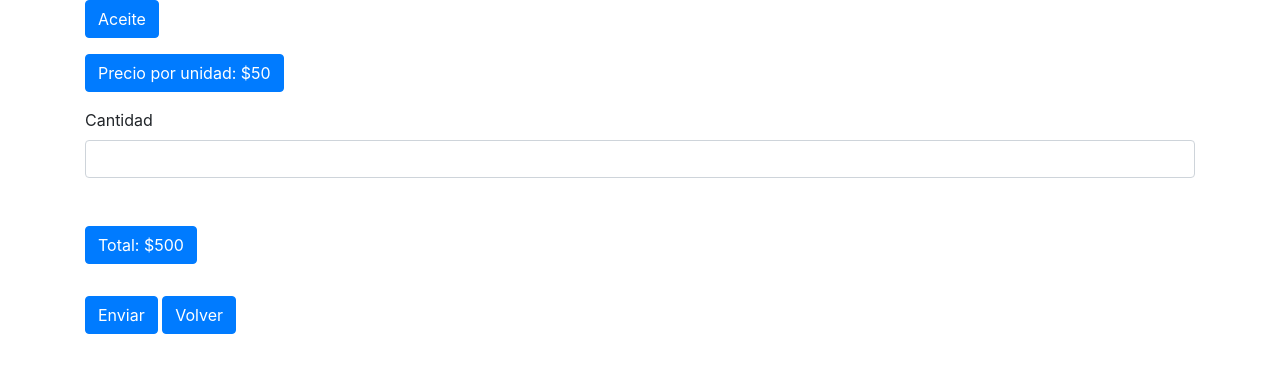
Repository: Alemartinez97/New-Repository
Page: programacion-3/tp4/carrito/detalleCompra/producto.html
These files come from the project's save history. The page is drawn as it stood at one moment and after the next save; the edit follows.
The browser window is 1280 px wide. The pictures show the whole page.

Above is the page before, as saved 2020-06-18 17:17:18.

### programacion-3/tp4/carrito/detalleCompra/producto.html
<!DOCTYPE html>
<html lang="en">
<head>
    <meta charset="UTF-8">
    <meta name="viewport" content="width=device-width, initial-scale=1.0">
    <title>Bienvenido</title>
    <link rel="stylesheet" href="https://stackpath.bootstrapcdn.com/bootstrap/4.5.0/css/bootstrap.min.css" integrity="sha384-9aIt2nRpC12Uk9gS9baDl411NQApFmC26EwAOH8WgZl5MYYxFfc+NcPb1dKGj7Sk" crossorigin="anonymous">
</head>
<body>
    <div class="container">
        <form class="form-group">
            <p class="btn btn-primary">Aceite</p>
        </br>
        <p class="btn btn-primary">Precio por unidad: $50</p>
        </br>
            <label for="">Cantidad</label>
            <input type="number" id="marca" class="form-control"  aria-describedby="emailHelp" required><br>
        </br>
        <p class="btn btn-primary">Total: $500</p>
    </br>
        </form>

        <button onclick="enviarDatos()" class="btn btn-primary">Enviar</button>
        <a href="../producto.html" class="btn btn-primary">Volver</a>
        <h3 id="resultado"></h3>
        <script src="../../js/producto.js"></script>
    </div>
</body>
</html>

### programacion-3/tp4/js/producto.js
function enviarDatos() {


    let codigo = document.getElementById("codigo").value;
    let nombre = document.getElementById("nombre").value;
    let marca = document.getElementById("marca").value;
    let precio = document.getElementById("precio").value;

    let request = { codigo: codigo, nombre: nombre, marca: marca, precio: precio};

        document.getElementById("resultado").innerHTML = JSON.stringify(request);
        console.log("Detalle del Producto: ",request);
        setTimeout(function() {
            debugger
            alert("Enviado");
            document.getElementById("resultado").innerHTML = JSON.stringify(request) + "... Enviada exitosamente";
        }, 3000);
    }

After the next save:
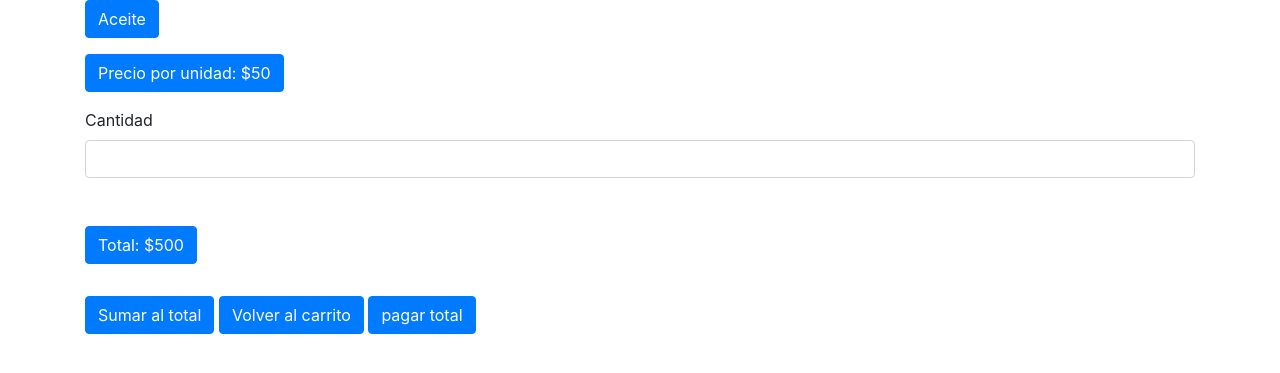
Saved 61 s later.
--- a/programacion-3/tp4/carrito/detalleCompra/producto.html
+++ b/programacion-3/tp4/carrito/detalleCompra/producto.html
@@ -20,8 +20,9 @@
     </br>
         </form>
 
-        <button onclick="enviarDatos()" class="btn btn-primary">Enviar</button>
-        <a href="../producto.html" class="btn btn-primary">Volver</a>
+        <button onclick="enviarDatos()" class="btn btn-primary">Sumar al total</button>
+        <a href="../carrito.html" class="btn btn-primary">Volver al carrito</a>
+        <button onclick="enviarDatos()" class="btn btn-primary">pagar total</button>
         <h3 id="resultado"></h3>
         <script src="../../js/producto.js"></script>
     </div>
